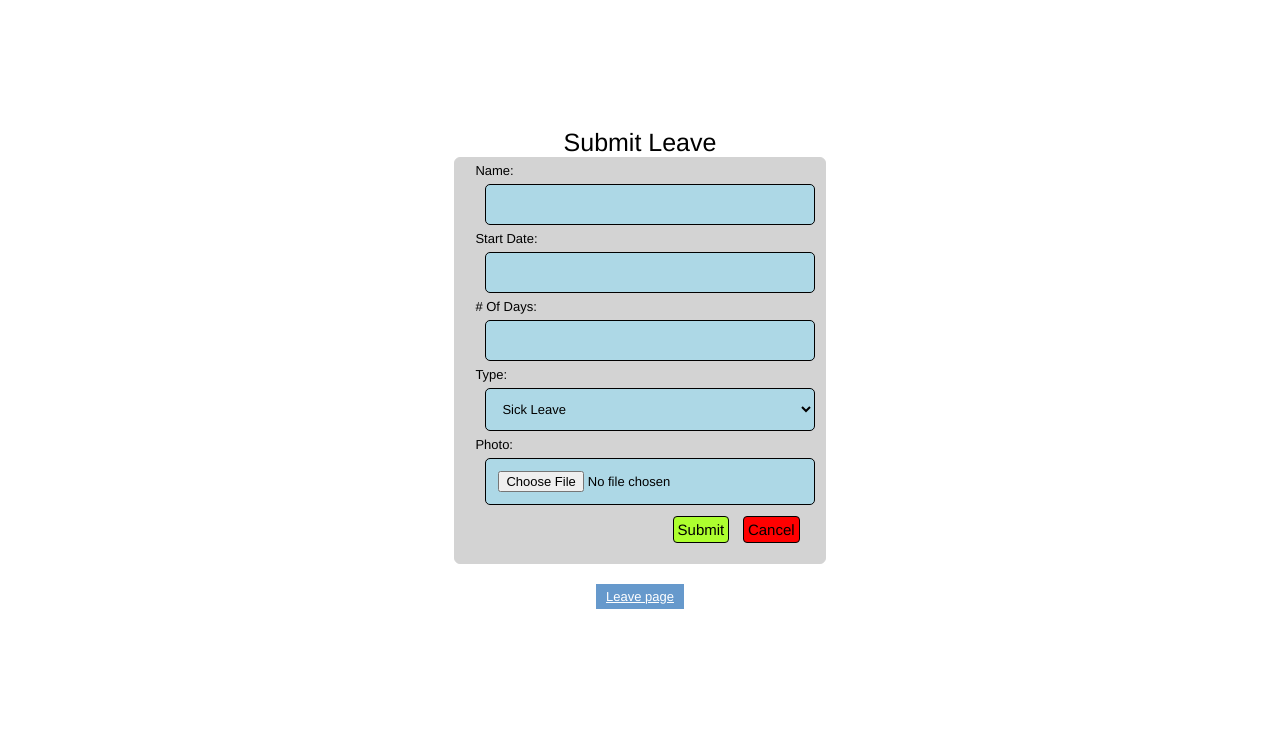
Repository: Murad71/BasicCRUD
Page: index.html
The author's editor kept a copy of each file at every save. The page is drawn from the files as they stood at one save, then again after the next save.
The browser window is 1280 px wide. The pictures show the whole page.

Above is the page before, as saved 2023-04-18 21:24:06.

### index.html
<!DOCTYPE html>
<html lang="en">
  <head>
    <meta charset="UTF-8" />
    <meta http-equiv="X-UA-Compatible" content="IE=edge" />
    <meta name="viewport" content="width=device-width, initial-scale=1.0" />
    <link rel="stylesheet" href="index.css" />
    <title>Leave Request</title>
  </head>
  <body>
    <div class="flex1">
      <form id="form1">
        <header>Submit Leave</header>
        <div class="container">
          <label for="name">Name:</label>
          <input type="text" id="name" name="name" />
          <br />
          <label for="startdate">Start Date:</label>
          <input type="text" id="startdate" name="startdate" />
          <br />
          <label for="days"># Of Days:</label>
          <input type="text" id="days" name="days" />
          <br />
          <label for="leaves">Type:</label>
          <select id="leave" name="leaves" required>
            <option value="Sick leave">Sick Leave</option>
            <option value="Early leave">Early Leave</option>
            <option value="Vacation leave">Vacation Leave</option>
            <option value="Other">Other</option>
          </select>
          <br />
          <label for="photo">Photo:</label>
          <input type="file" id="photo" name="photo"/>
          <div class="button-container">
            <input type="submit" value="Submit" id="submitButton"/>
            <input type="reset" value="Cancel" class="cancel" />
          </div>
        </div>
      </form>
      <div class="anchorContainer">
        <a href="index1.html"> Leave page</a>
        <!--Added the hyperlink here-->
      </div>
    </div>
    <script src="script.js"></script>
  </body>
</html>

### index.css
* {
  box-sizing: border-box;
  font-family: "Franklin Gothic Medium", "Arial Narrow", Arial, sans-serif;
  font-size: small;
}

.flex1
{
  align-items: center;
  display: flex;
  justify-content: center;
  height: 100vh;
  flex-direction: column;
}

.container {
  background-color: lightgray;
  padding: 5px 20px 15px 20px;
  border: 1px solid lightgray;
  border-radius: 6px;
  flex-direction: column;
  margin-bottom: 20px;
  width: 100%;
}

header {
  font-size: 25px;
  text-align: center;
}

input[type="text"],
input[type="file"],
select,
textarea {
  width: 100%;
  padding: 12px;
  margin: 6px;
  border: 1px solid;
  border-radius: 5px;
  margin-left: 10px;
  background-color: lightblue;
}

.button-container {
  text-align: right;
}

input[type="submit"],
input[type="reset"] {
  font-size: 15px;
  border: 1px solid;
  margin: 5px;
  padding: 4px;
  background-color: greenyellow;
  border-radius: 4px;
}

input[type="reset"].cancel {
  background-color: red;
}

.anchorContainer {
  text-align: right;

}

a {
  display: inline-block;
  background: #69c;
  color: #fff;
  padding: 5px 10px;
}

### script.js
let storage=JSON.parse(localStorage.getItem('store')) || [];
let index=JSON.parse(localStorage.getItem('rIndex')) || null;
const submitButtonCatch=document.getElementById("submitButton");
const img= new Image();

//after clicking the submit button
submitButtonCatch.addEventListener("click",() =>{
    const form=document.getElementById("form1");
    let object={};
    let flag=true;

    object["id"]= Date.now();
    for(let i=0;i<form.length;i++)
    {
        if(form.elements[i].name=="photo")
        {
            object[form.elements[i].name]= img.src;
        }
        else
        {
            object[form.elements[i].name]=form.elements[i].value;
        }
        if(form.elements[i].value=='')
        {
            flag=false;
            alert("WARNING: Fill all the given Input correctly.");
            break;
        }
        if(form.elements[i].name=="days" && (form.elements[i].value>7 || form.elements[i].value<1))
        {
            flag=false;
            alert("WARNING: Enter a valid number for vacation");
            break;
        }
    }

    if(flag)
    {
        alert("Your data has been submitted Successfully!!");
        if(index!=null)
        {
            storage[index]=object;
            index=null;
        }
        else storage.push(object);


        localStorage.setItem('store',JSON.stringify(storage));
        localStorage.setItem('rIndex',JSON.stringify(index));
        form.reset();
    }
});


//base64 conversion
const fileEl= document.getElementById('photo');
fileEl.addEventListener('change', () =>{

    const fr= new FileReader();
    fr.readAsDataURL(fileEl.files[0]);

    fr.addEventListener('load', ()=>{

        const url= fr.result;
        img.src= url;

    });

});


console.log(storage);



// let submitButtonClicked=document.getElementById("submitButton");
// let indx=0;
// let flag= true;
// let obj={};

// submitButtonClicked.addEventListener('click',() =>{

//     const form= document.getElementById('form1');
//     obj["id"]= indx;
//     indx++;
//     for(let i=0; i<form.length; i++)
//     {
//         obj[form.elements[i].name]=form.elements[i].value;
//         if(form.elements[i].value=='')
//         {
//             flag=false;
//             alert("WARNING: Fill all the given Input correctly.");
//             break;
//         }
//         if(form.elements[i].name=="days" && (form.elements[i].value>7 || form.elements[i].value<1))
//         {
//             flag=false;
//             alert("WARNING: Enter a valid number for vacation");
//             break;
//         }
//     }

//     if(flag)
//     {
//         alert("Data entered successfully!");
//         insertData();
//     }

// });


// function intertData()
// {
//     const table = document.getElementsByClassName("tbody1")[0];
//           var row=document.createElement('tr');
//            row.innerHTML = `<td>${obj.name}</td>
//                 <td>${obj.startdate}</td>
//                 <td>${obj.days}</td>
//                 <td>${obj.leaves}</td>
//                 <td><img id="img" src=${obj.photo} alt=""></td>
//                 <td><a href="index.html" id="edit">Edit</a> <input type='button' value= 'Reject' name=${obj.id} id="reject"/></td>`;
//             table.appendChild(row);
// }

After the next save:
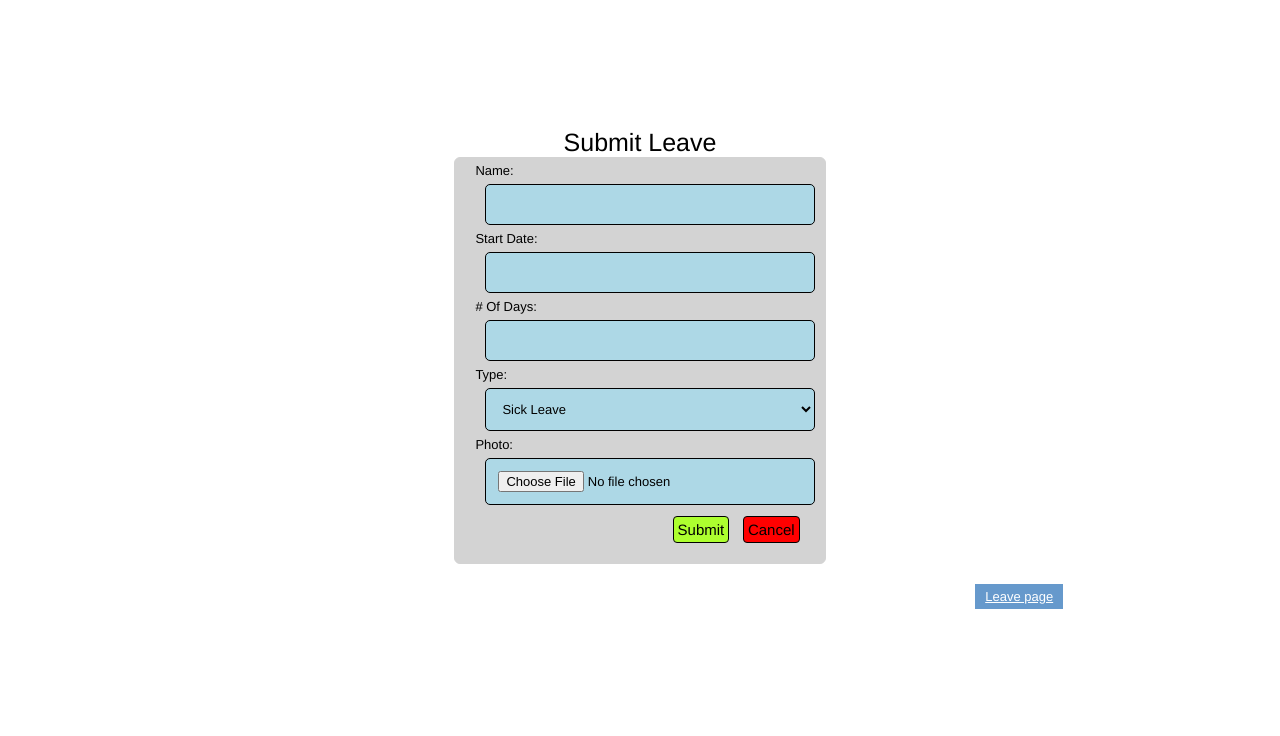
Saved 59 s later.
--- a/index.css
+++ b/index.css
@@ -60,8 +60,7 @@ input[type="reset"].cancel {
 }
 
 .anchorContainer {
-  text-align: right;
-
+  margin-left: 60%;
 }
 
 a {
